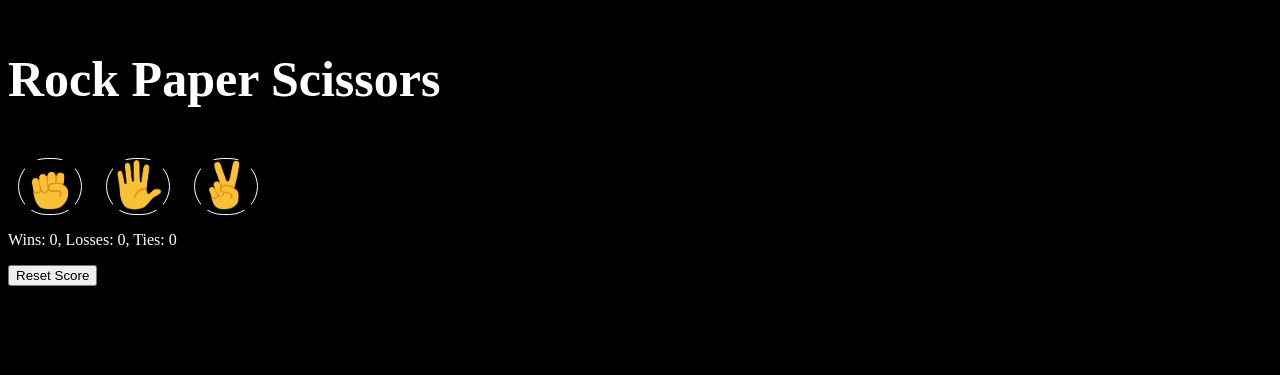
Repository: pgyunknown/Rock_paper_scissors-
Page: index.html
These files come from the project's save history. The page is drawn as it stood at one moment and after a run of saves; the edit follows.
The browser window is 1280 px wide. The pictures show the whole page.

Above is the page before, as saved 2024-08-30 17:12:38.

### index.html

<!DOCTYPE html>
<html>
  <head>
    <title>Rock Paper Scissors</title>
    <link rel="stylesheet" href="index.css">
  </head>
  <body>
    <p class="title">Rock Paper Scissors</p>
    <button onclick="
      playGame('rock');
    "class="emoji"><img src="images/rock-emoji.png" alt=""></button>

    <button onclick="
      playGame('paper');
    " class="emoji"><img src="images/paper-emoji.png" alt=""></button>

    <button onclick="
      playGame('scissors');
    " class="emoji"><img src="images/scissors-emoji.png" alt=""></button>

    <p class="js-result result"></p>
    <p class="js-moves"></p>
    <p class="js-score score"></p>

    <button onclick="
      score.wins = 0;
      score.losses = 0;
      score.ties = 0;
      localStorage.removeItem('score');
      updateScoreElement();
    " class="reset-score-button">Reset Score</button>


    <script src="index.js">

    </script>
  </body>
</html>

### index.css
body{
  background-color: black;
  color: white;
}
.title{
  font-size: 50px;
  font-weight: bold;
}

button img{
  height: 50px;
  width: 50px;
  background-color: black;
  /* border: 1px solid white;
  border-radius: 70px; */
}
.emoji{
  background-color: black;
    border: 1px solid white;
  border-radius: 70px;
  margin: 0px 10px 0px 10px;
}

### index.js

let score = JSON.parse(localStorage.getItem('score')) || {
  wins: 0,
  losses: 0,
  ties: 0
};

updateScoreElement();

/*
if (!score) {
  score = {
    wins: 0,
    losses: 0,
    ties: 0
  };
}
*/

function playGame(playerMove) {
  const computerMove = pickComputerMove();

  let result = '';

  if (playerMove === 'scissors') {
    if (computerMove === 'rock') {
      result = 'You lose.';
    } else if (computerMove === 'paper') {
      result = 'You win.';
    } else if (computerMove === 'scissors') {
      result = 'Tie.';
    }

  } else if (playerMove === 'paper') {
    if (computerMove === 'rock') {
      result = 'You win.';
    } else if (computerMove === 'paper') {
      result = 'Tie.';
    } else if (computerMove === 'scissors') {
      result = 'You lose.';
    }

  } else if (playerMove === 'rock') {
    if (computerMove === 'rock') {
      result = 'Tie.';
    } else if (computerMove === 'paper') {
      result = 'You lose.';
    } else if (computerMove === 'scissors') {
      result = 'You win.';
    }
  }

  if (result === 'You win.') {
    score.wins += 1;
  } else if (result === 'You lose.') {
    score.losses += 1;
  } else if (result === 'Tie.') {
    score.ties += 1;
  }

  localStorage.setItem('score', JSON.stringify(score));

  updateScoreElement();

  document.querySelector('.js-result').innerHTML = result;

  document.querySelector('.js-moves').innerHTML = `You
<img src="images/${playerMove}-emoji.png" class="move-icon">
<img src="images/${computerMove}-emoji.png" class="move-icon">
Computer`;
}

function updateScoreElement() {
  document.querySelector('.js-score')
    .innerHTML = `Wins: ${score.wins}, Losses: ${score.losses}, Ties: ${score.ties}`;
}

function pickComputerMove() {
  const randomNumber = Math.random();

  let computerMove = '';

  if (randomNumber >= 0 && randomNumber < 1 / 3) {
    computerMove = 'rock';
  } else if (randomNumber >= 1 / 3 && randomNumber < 2 / 3) {
    computerMove = 'paper';
  } else if (randomNumber >= 2 / 3 && randomNumber < 1) {
    computerMove = 'scissors';
  }

  return computerMove;
}

After the next 2 saves:
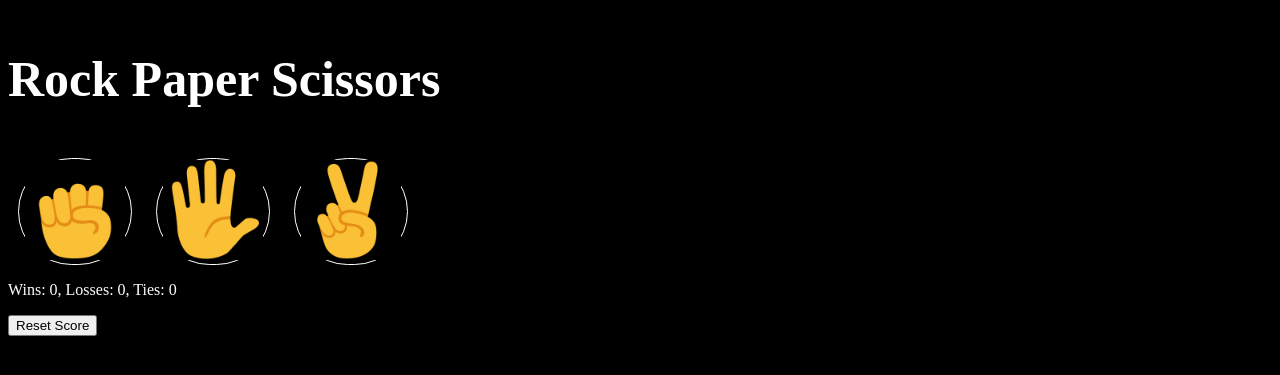
The 2 saves are shown as one change because they came seconds apart.
The last was saved 8 s later.
--- a/index.css
+++ b/index.css
@@ -8,8 +8,8 @@ body{
 }
 
 button img{
-  height: 50px;
-  width: 50px;
+  height: 100px;
+  width: 100px;
   background-color: black;
   /* border: 1px solid white;
   border-radius: 70px; */
